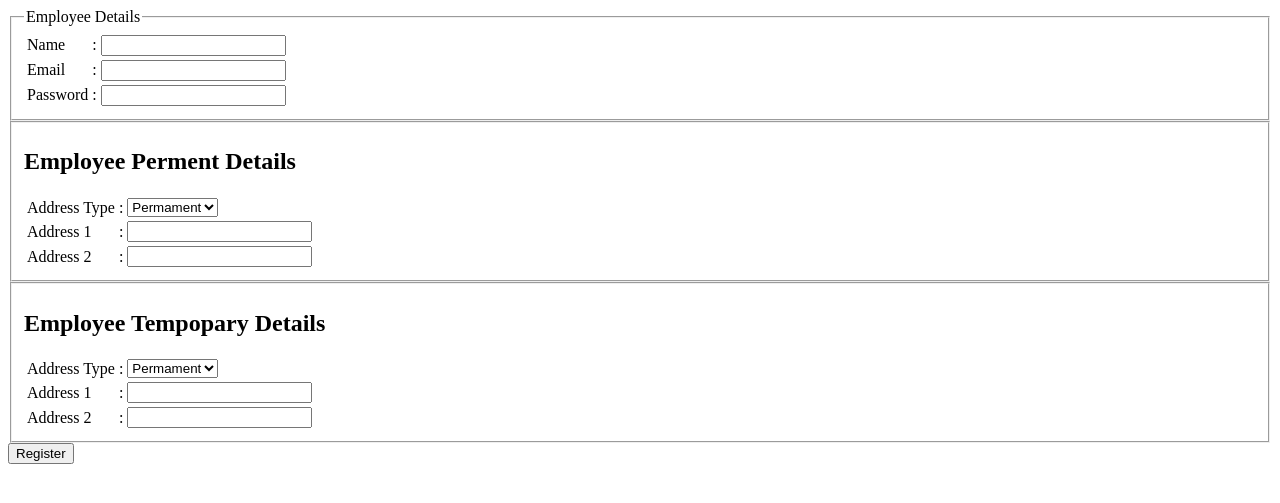
Repository: ramanagouda1001/TY_CG_HTD_BangaloreNovember_JFS_RamanagoudaB
Page: http://localhost/empspringmvc/WEB-INF/view/register.jsp
The author's editor kept a copy of each file at every save. The page is drawn from the files as they stood at one save, then again after the next save.
The browser window is 1280 px wide. The pictures show the whole page.
The page is served by Tomcat 9. Nobody is signed in. Other server files are loaded and not shown. The template is opened directly, without the code that normally fills it, so the values that code supplies are empty.

Above is the page before, as saved 2019-12-24 05:37:20.

### BackEnd/SpringMVC/empspringmvc/src/main/webapp/WEB-INF/view/register.jsp
<%@ page language="java" contentType="text/html; charset=ISO-8859-1"
    pageEncoding="ISO-8859-1"%>
<!DOCTYPE html>
<html>
<head>
<meta charset="ISO-8859-1">
<title>Insert title here</title>
</head>
<body>
<form action="./register" method="post">
	<fieldset>
		<legend>Employee Details</legend>
			<table>
			<tr>
				<td>Name</td>
				<td>:</td>
				<td><input type="text" name="name"></td>
			</tr>
			<tr>
				<td>Email</td>
				<td>:</td>
				<td><input type="email" name="email"></td>
			</tr>

			<tr>
				<td>Password</td>
				<td>:</td>
				<td><input type="password" name="password" required></td>
			</tr>
		</table>
	</fieldset>
	<fieldset>
		<h2>Employee Perment Details</h2>

			<table>
			<tr>
				<td>Address Type</td>
				<td>:</td>
				<td><select name="home">
   					 <option value="Permament">Permament</option>
   					 <option value="Tempapory">Tempapory</option>
    			  </select>
				</td>
			</tr>
			<tr>
				<td>Address 1</td>
				<td>:</td>
				<td><input type="text" name="address1" required></td>
			</tr>
			<tr>
				<td>Address 2</td>
				<td>:</td>
				<td><input type="text" name="address2" required></td>
			</tr>
		</table>
	</fieldset>	<fieldset>
		<h2>Employee Tempopary Details</h2>

			<table>
				<tr>
				<td>Address Type</td>
				<td>:</td>
				<td><select name="home">
   					 <option value="Permament">Permament</option>
   					 <option value="Tempapory">Tempapory</option>
    			  </select>
				</td>
			</tr>
			<tr>
				<td>Address 1</td>
				<td>:</td>
				<td><input type="text" name="address1" required></td>
			</tr>
			<tr>
				<td>Address 2</td>
				<td>:</td>
				<td><input type="text" name="address2" required></td>
			</tr>
		</table>
	</fieldset>
	<input type="submit" value="Register">
</form>
</body>
</html>

After the next save:
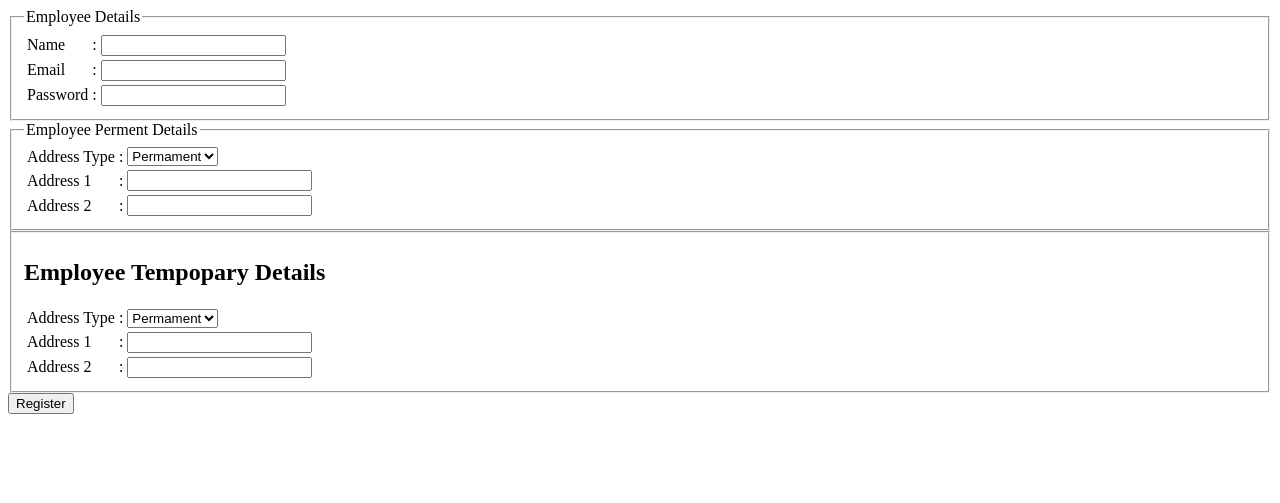
Saved 55 s later.
--- a/BackEnd/SpringMVC/empspringmvc/src/main/webapp/WEB-INF/view/register.jsp
+++ b/BackEnd/SpringMVC/empspringmvc/src/main/webapp/WEB-INF/view/register.jsp
@@ -30,7 +30,7 @@
 		</table>
 	</fieldset>
 	<fieldset>
-		<h2>Employee Perment Details</h2>
+		<legend>Employee Perment Details</legend>
 
 			<table>
 			<tr>
